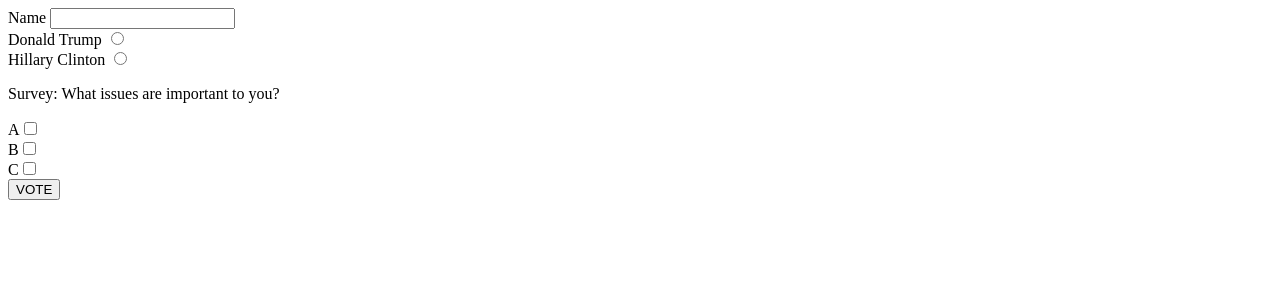
Repository: Peacepapi/1702Java
Page: web/src/main/webapp/ballot.html
An editor plug-in stored every save of this project. The page is shown before and after the next save, followed by the edit.
The browser window is 1280 px wide. The pictures show the whole page.

Above is the page before, as saved 2017-02-24 14:55:50.

### web/src/main/webapp/ballot.html
<!DOCTYPE html>
<html>
<head>
<meta charset="ISO-8859-1">
<title>Cast a ballot</title>
</head>
<body>

<form action="#">
	<label>Name</label> <input type="text" name="voterName"> <br />
		<label>Donald Trump</label>
			<input type="radio" name="vote" value="R">		<br />
		<label>Hillary Clinton</label>
			<input type="radio" name="vote" value="D">		<br />

		<p>Survey: What issues are important to you?</p>
			<label>A</label><input type="checkbox" name="issues" value="A"><br/>
			<label>B</label><input type="checkbox" name="issues" value="B"><br/>
			<label>C</label><input type="checkbox" name="issues" value="C"><br/>

		<input type="submit" value="VOTE">
</form>

</body>
</html>

After the next save:
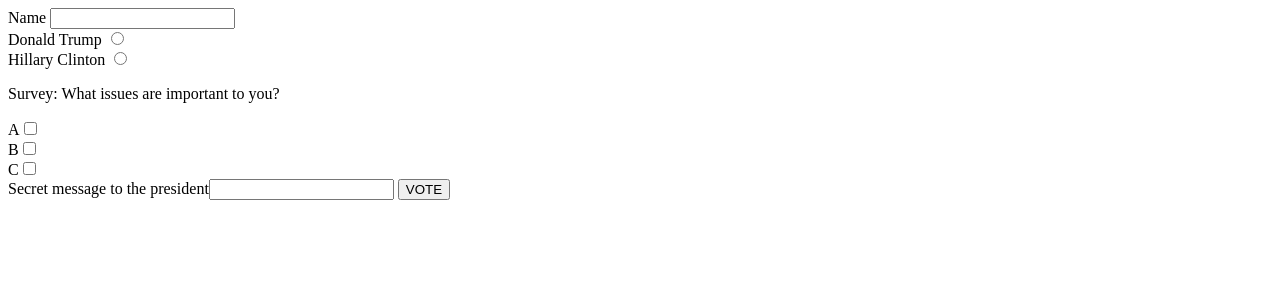
Saved 82 s later.
--- a/web/src/main/webapp/ballot.html
+++ b/web/src/main/webapp/ballot.html
@@ -18,6 +18,7 @@
 			<label>B</label><input type="checkbox" name="issues" value="B"><br/>
 			<label>C</label><input type="checkbox" name="issues" value="C"><br/>
 
+		<label>Secret message to the president</label><input type="password">
 		<input type="submit" value="VOTE">
 </form>
 
